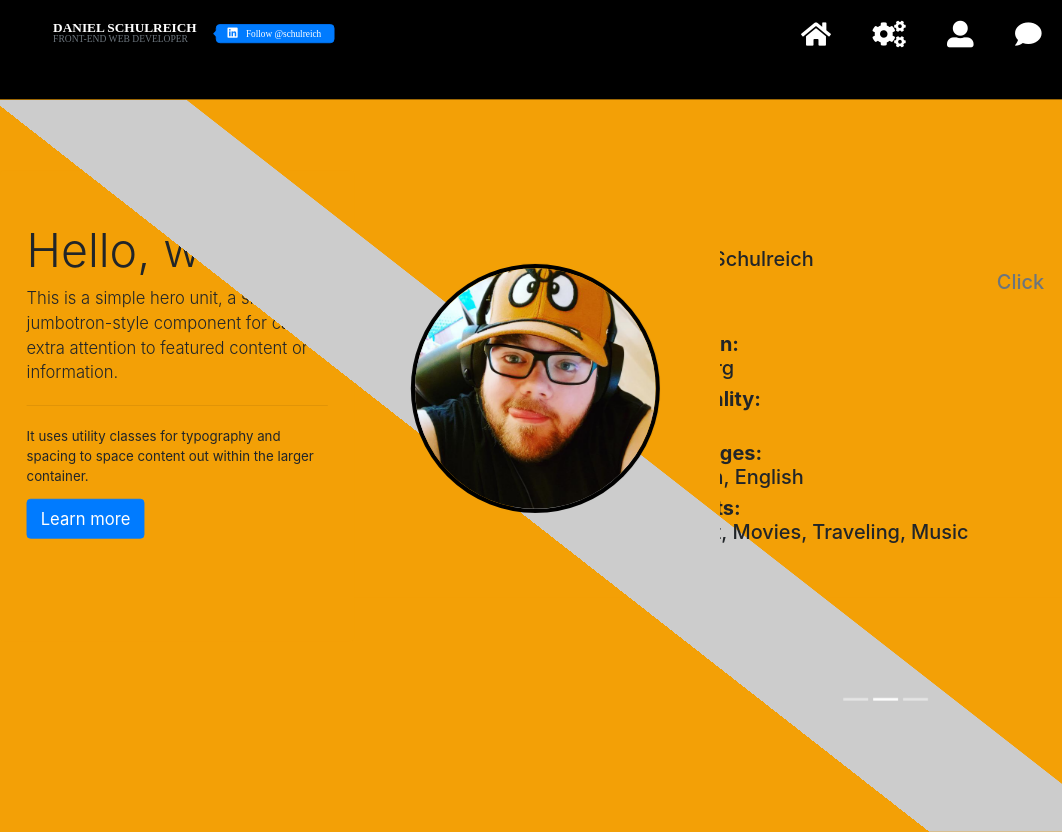
Repository: schulreich/my_portfolio
Page: portfolio.html
An editor plug-in stored every save of this project. The page is shown before and after the next save, followed by the edit.
The browser window is 1280 px wide. The pictures show the whole page, at 83% of full size.
Some web fonts or font styles are not loaded; a fallback is used. Some web libraries are served in a nearby version.

Above is the page before, as saved 2020-06-17 16:16:07.

### portfolio.html
<!DOCTYPE html>
<html lang="en">
<head>
    <meta charset="UTF-8">
    <meta name="viewport" content="width=device-width, initial-scale=1.0">
    <meta http-equiv="X-UA-Compatible" content="ie=edge">
    <link rel="stylesheet" href="https://stackpath.bootstrapcdn.com/bootstrap/4.1.3/css/bootstrap.min.css" integrity="sha384-MCw98/SFnGE8fJT3GXwEOngsV7Zt27NXFoaoApmYm81iuXoPkFOJwJ8ERdknLPMO" crossorigin="anonymous">
    <link rel="stylesheet" href="css/main.css">
    <link rel="stylesheet" href="https://use.fontawesome.com/releases/v5.5.0/css/all.css" integrity="sha384-B4dIYHKNBt8Bc12p+WXckhzcICo0wtJAoU8YZTY5qE0Id1GSseTk6S+L3BlXeVIU" crossorigin="anonymous">

    <title>Document</title>
</head>
<body>
    <header>
        <div class="row">
            <div class="name">DANIEL SCHULREICH</div>
            <div class="title text-muted"><small>FRONT-END WEB DEVELOPER</small></div>
            <a class="btn btn-primary btn-sm follow d-none d-lg-block" href="#"role="button"><i class="fab fa-linkedin "></i><i class="fas fa-arrow-left arrow-left text-primary"></i><small>Follow @schulreich</small></a>

            <div class="nav">
                    <ul>
                        <li class="home"><i class="icon fa fa-home fa-2x nav-icon"></i><a href="index.html">Home</a>
                        </li>
                        <li class="about"><i class="fas fa-cogs fa-2x nav-icon"></i><a href="skills">Skills</a>
                        </li>
                        <li class="code"><i class="fas fa-user-alt fa-2x nav-icon"></i><a href="#about">About</a>
                        </li>
                        <li class="contact"><i class="icon fa fa-comment fa-2x nav-icon"></i><a href="#contact">Contact</a>
                        </li>
                    </ul>
                </div>


        </div>
    </header>

    <section class="project-modal">

    <div class="modal fade bd-example-modal-lg" tabindex="-1" role="dialog" aria-labelledby="myLargeModalLabel" aria-hidden="true">
            <div class="modal-dialog modal-lg">
              <div class="modal-content">
                <div class="modal-header">
                  <h5 class="modal-title" id="exampleModalLabel"><strong>#Speaker Project</strong></h5>
                  <button type="button" class="close" data-dismiss="modal" aria-label="Close">
                    <span aria-hidden="true">&times;</span>
                  </button>
                </div>
                <div class="modal-body modal-align">
                    <img class="modal-img" src="images/thumbnail-1.png" alt="">
                </div>
                <div class="modal-footer">
                  <button type="button" class="btn btn-secondary" data-dismiss="modal">Open Website</button>
                  <button type="button" class="btn btn-primary">Open GitHub</button>
                </div>
              </div>
            </div>
          </div>

          <div class="modal fade bd-cards-example-modal-lg" tabindex="-1" role="dialog" aria-labelledby="myLargeModalLabel" aria-hidden="true">
                <div class="modal-dialog modal-lg">
                  <div class="modal-content">
                    <div class="modal-header">
                      <h5 class="modal-title" id="exampleModalLabel"><strong>#Cards</strong></h5>
                      <button type="button" class="close" data-dismiss="modal" aria-label="Close">
                        <span aria-hidden="true">&times;</span>
                      </button>
                    </div>
                    <div class="modal-body modal-align">
                        <img class="modal-img" src="images/moviefestival.png" alt="">
                    </div>
                    <div class="modal-footer">
                      <button type="button" class="btn btn-secondary" data-dismiss="modal">Open Website</button>
                      <button type="button" class="btn btn-primary">Open GitHub</button>
                    </div>
                  </div>
                </div>
              </div>


              <div class="modal fade bd-grid-example-modal-lg" tabindex="-1" role="dialog" aria-labelledby="myLargeModalLabel" aria-hidden="true">
                    <div class="modal-dialog modal-lg">
                      <div class="modal-content">
                        <div class="modal-header">
                          <h5 class="modal-title" id="exampleModalLabel"><strong>#Grid</strong></h5>
                          <button type="button" class="close" data-dismiss="modal" aria-label="Close">
                            <span aria-hidden="true">&times;</span>
                          </button>
                        </div>
                        <div class="modal-body modal-align">
                            <img class="modal-img" src="images/thumbnail-3.png" alt="">
                        </div>
                        <div class="modal-footer">
                          <button type="button" class="btn btn-secondary" data-dismiss="modal">Open Website</button>
                          <button type="button" class="btn btn-primary">Open GitHub</button>
                        </div>
                      </div>
                    </div>
                  </div>


          <div class="modal fade bd-register-example-modal-lg" tabindex="-1" role="dialog" aria-labelledby="myLargeModalLabel" aria-hidden="true">
                <div class="modal-dialog modal-lg">
                  <div class="modal-content">
                    <div class="modal-header">
                      <h5 class="modal-title" id="exampleModalLabel"><strong>#Register</strong></h5>
                      <button type="button" class="close" data-dismiss="modal" aria-label="Close">
                        <span aria-hidden="true">&times;</span>
                      </button>
                    </div>
                    <div class="modal-body modal-align">
                        <img class="modal-img" src="images/thumbnail-4.png" alt="">
                    </div>
                    <div class="modal-footer">
                      <button type="button" class="btn btn-secondary" data-dismiss="modal">Open Website</button>
                      <button type="button" class="btn btn-primary">Open GitHub</button>
                    </div>
                  </div>
                </div>
              </div>

    </section>

    <section class="skill-modal">

 <div class="modal fade bd-html-example-modal-lg" tabindex="-1" role="dialog" aria-labelledby="myLargeModalLabel" aria-hidden="true">
                <div class="modal-dialog modal-lg">
                  <div class="modal-content">
                    <div class="modal-header">
                      <h5 class="modal-title" id="exampleModalLabel"><strong>#Certificate</strong></h5>
                      <button type="button" class="close" data-dismiss="modal" aria-label="Close">
                        <span aria-hidden="true">&times;</span>
                      </button>
                    </div>
                    <div class="modal-body modal-align">
                        <img class="modal-img" src="images/html-1.pdf" alt="">
                        <img class="modal-img" src="images/html-1.pdf" alt="">
                    </div>
                    <div class="modal-footer">
                      <button type="button" class="btn btn-secondary" data-dismiss="modal">Open Website</button>
                      <button type="button" class="btn btn-primary">Open GitHub</button>
                    </div>
                  </div>
                </div>
              </div>

    </section>

    <section class="container-fluid intro-section">

        <div class="row">
             <div class="intro col-lg-4 col-md-5 jumbotron">
                <h1 class="display-4">Hello, world!</h1>
                     <p class="lead">This is a simple hero unit, a simple jumbotron-style component for calling extra attention to featured content or information.</p>
                <hr class="my-4">
                     <p>It uses utility classes for typography and spacing to space content out within the larger container.</p>
                            <a class="btn btn-primary btn-lg" href="#" role="button">Learn more</a>
          </div>


          <div class="col-lg-4 d-none d-lg-block move">
              <img class="skew" src="https://dummyimage.com/200x753/000/000" alt="">
              <img class="rounded-circle " src="images/test.jpeg" alt="">
          </div>

<aside id="carouselExampleIndicators" class="col-lg-4 personal-information carousel slide" data-ride="carousel">
        <ol class="carousel-indicators">
                <li data-target="#carouselExampleIndicators" data-slide-to="0" class="active"></li>
                <li data-target="#carouselExampleIndicators" data-slide-to="1"></li>
                <li data-target="#carouselExampleIndicators" data-slide-to="2"></li>
              </ol>
    <div class="carousel-inner">
        <div class="carousel-item active">
              <h4><strong>Name:</strong> <br> Daniel Schulreich</h4> <!--add padding-->
              <h4><strong>Age:</strong> <br> 32</h4>
              <h4><strong>Location:</strong> <br> Duisburg</h4>
              <h4><strong>Nationality:</strong> <br> Austria</h4>
              <h4><strong>Languages:</strong> <br> German, English</h4>
              <h4><strong>Interests:</strong> <br> E-Sport, Movies, Traveling, Music</h4>
        </div>

        <div class="carousel-item">
            <aside class="skills text-center">
                <h1><strong>My Skills</strong></h1>
                <h4 class="text-muted">Click on Icons for more Details</h4>
                <div class="y">
                <button class="skill-button"><i class="fab fa-html5 fa-4x" data-toggle="modal" data-target=".bd-html-example-modal-lg"></i></button>  <br>
                <button class="skill-button"><i class="fab fa-css3-alt fa-4x"></i></button>  <br>
                <button><i class="fab fa-sass fa-5x"></i></button>      <br>
                <button><i class="fab fa-react fa-6x"></i></button>  <br>
                <button><i class="fab fa-js-square fa-6x"></i></button>  <br>
            </div>
            </aside>
        </div>

        <div class="carousel-item">
            <aside class="projects">
                <h1>Projects</h1>
                <h4 class="text-muted">Select Thumbnail</h4>

                <img src="images/boardgame.png" class="img-thumbnail thumbnail" data-toggle="modal" data-target=".bd-example-modal-lg" alt="...">
                <img src="images/moviefestival.png" class="img-thumbnail thumbnail" data-toggle="modal" data-target=".bd-cards-example-modal-lg" alt="..."> <br>
                <img src="images/restaurantreview.png" class="img-thumbnail thumbnail" data-toggle="modal" data-target=".bd-grid-example-modal-lg" alt="...">
                <img src="images/thumbnail-4.png" class="img-thumbnail thumbnail" data-toggle="modal" data-target=".bd-register-example-modal-lg" alt="...">
            </aside>
        </div>
    </div>
</aside>

    </div>

    </section>









    <script src="https://code.jquery.com/jquery-3.3.1.slim.min.js" integrity="sha384-q8i/X+965DzO0rT7abK41JStQIAqVgRVzpbzo5smXKp4YfRvH+8abtTE1Pi6jizo" crossorigin="anonymous"></script>
<script src="https://cdnjs.cloudflare.com/ajax/libs/popper.js/1.14.3/umd/popper.min.js" integrity="sha384-ZMP7rVo3mIykV+2+9J3UJ46jBk0WLaUAdn689aCwoqbBJiSnjAK/l8WvCWPIPm49" crossorigin="anonymous"></script>
<script src="https://stackpath.bootstrapcdn.com/bootstrap/4.1.3/js/bootstrap.min.js" integrity="sha384-ChfqqxuZUCnJSK3+MXmPNIyE6ZbWh2IMqE241rYiqJxyMiZ6OW/JmZQ5stwEULTy" crossorigin="anonymous"></script>
</body>
</html>

### css/main.css
@import url("https://fonts.googleapis.com/css?family=Coda");
@keyframes mymove {
  0% {
    left: 16%;
  }
  100% {
    left: 25%;
  }
}
@keyframes myskew {
  0% {
    transform: skew(52deg);
  }
  100% {
    transform: skew(0deg);
  }
}
@keyframes myfade {
  0% {
    opacity: 0;
  }
  25% {
    opacity: 0;
  }
  50% {
    opacity: 0.6;
  }
  75% {
    opacity: 0.8;
  }
  100% {
    opacity: 1;
  }
}
body {
  background-color: #f3a006;
}

header {
  background-color: black;
  height: 120px;
  font-family: "Coda";
}
header .name {
  position: absolute;
  left: 5%;
  top: 3%;
  color: white;
  font-weight: bolder;
}
header .title {
  position: absolute;
  top: 5%;
  left: 5%;
  color: white;
  font-size: 0.9em;
}
header .follow {
  position: absolute;
  left: 260px;
  top: 4%;
  border-radius: 5px;
  padding-top: 0;
  padding-bottom: 0;
  padding-right: 15px;
  padding-left: 3px;
}
header .arrow-left {
  position: absolute;
  left: -10%;
  top: 18%;
}
header .nav-icon {
  color: white;
}
header i {
  padding: 0 10px;
}
header ul {
  list-style-type: none;
}
header .nav ul {
  margin: 0;
  padding: 0;
  position: absolute;
  top: 10px;
  right: 0;
  font-size: 0px;
}
header .nav ul li {
  font-size: 12pt;
  display: inline-block;
  padding: 15px;
  transition: all 0.2s ease-in-out;
}
header .nav ul li a {
  font-family: FontAwesome;
  color: lime;
  font-size: 22pt;
  text-decoration: none;
}
header .nav ul .home .about .code .contact {
  background: black;
}
header .nav ul li i {
  display: block;
}
header .nav ul li a {
  display: none;
}
header .nav ul li:hover i {
  display: none;
}
header .nav ul li:hover a {
  display: block;
}
header .nav a:hover {
  color: lime;
}

.modal-img {
  width: 600px;
}

.modal-align {
  padding-left: 6rem;
}

.modal-header {
  background-color: #f3a006;
}

.modal-body {
  background-color: black;
}

.intro-section {
  background-color: #f3a006;
  /*}
  .rounded-circle:hover{
      left: 25%;
      transition: 2s left;
  }*/
}
.intro-section .intro {
  background-color: #f3a006;
  top: 85px;
}
.intro-section .skew {
  transform: skew(52deg);
  position: absolute;
  height: 147%;
  left: 30%;
  animation: myskew 2s 1 ease;
  animation-fill-mode: forwards;
}
.intro-section .rounded-circle {
  position: absolute;
  border: solid 5px black;
  height: 300px;
  width: 300px;
  left: 16%;
  top: 33%;
  animation: mymove 2s 1 ease;
  animation-fill-mode: forwards;
}
.intro-section .personal-information {
  position: relative;
  top: 150px;
  animation: myfade 5s 1 ease;
  transition-delay: 3s;
}
.intro-section .carousel-inner {
  height: 600px;
}
.intro-section .skill-button {
  width: 115px;
}
.intro-section .fa-html5 {
  color: blue;
}
.intro-section .fa-css3-alt {
  color: pink;
}
.intro-section .fa-sass {
  color: violet;
}
.intro-section .fa-react {
  color: skyblue;
  width: 100px;
}
.intro-section .fa-js-square {
  color: yellow;
  width: 100px;
}
.intro-section .thumbnail {
  width: 200px;
  height: 200px;
}

After the next save:
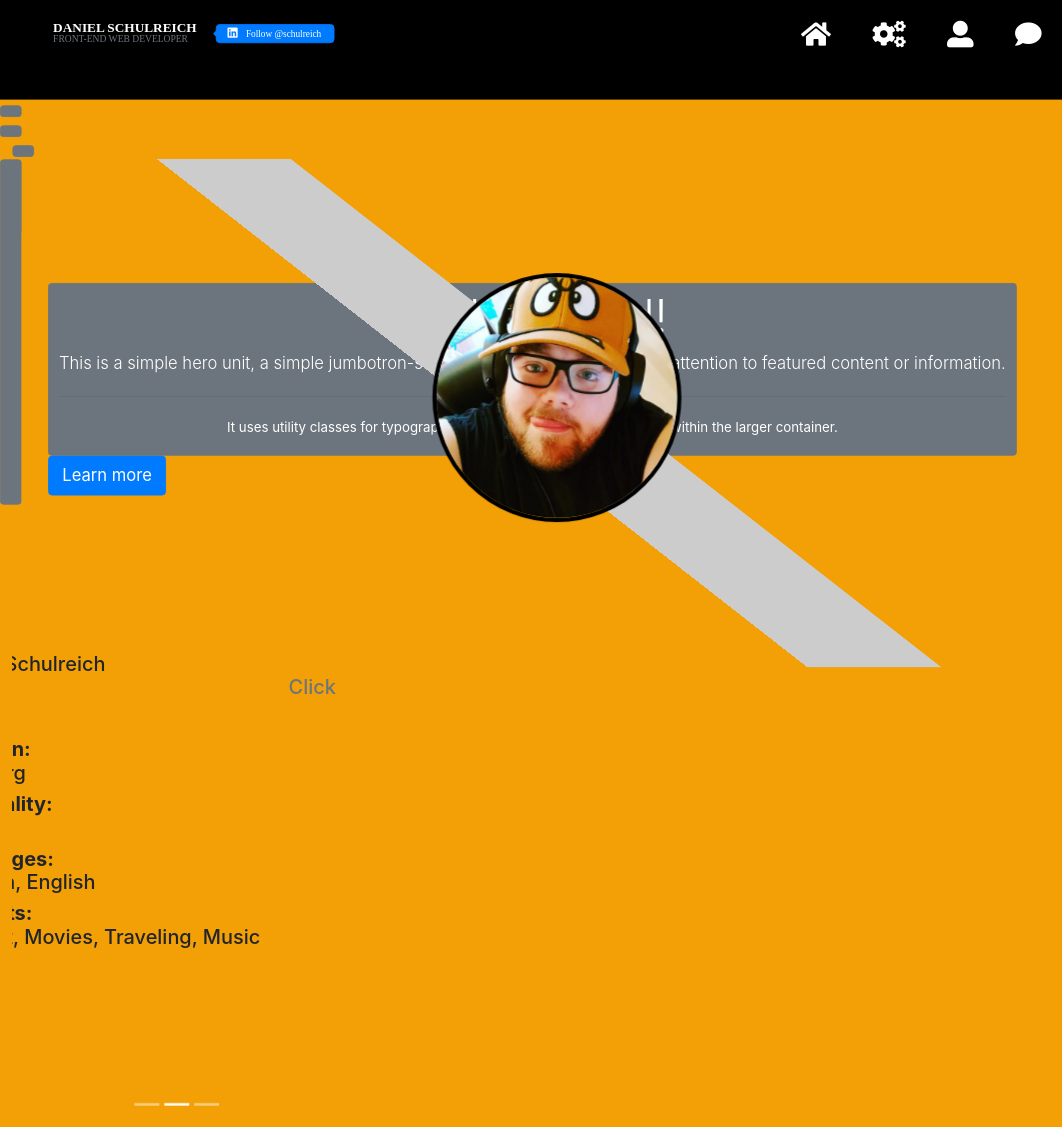
Saved 2 min 45 s later.
--- a/portfolio.html
+++ b/portfolio.html
@@ -69,7 +69,7 @@
                         <img class="modal-img" src="images/moviefestival.png" alt="">
                     </div>
                     <div class="modal-footer">
-                      <button type="button" class="btn btn-secondary" data-dismiss="modal">Open Website</button>
+                      <a href="https://schulreich.github.io/project-movie-festival/" button type="button" class="btn btn-secondary" data-dismiss="modal">Open Website</button>
                       <button type="button" class="btn btn-primary">Open GitHub</button>
                     </div>
                   </div>

After the save that followed:
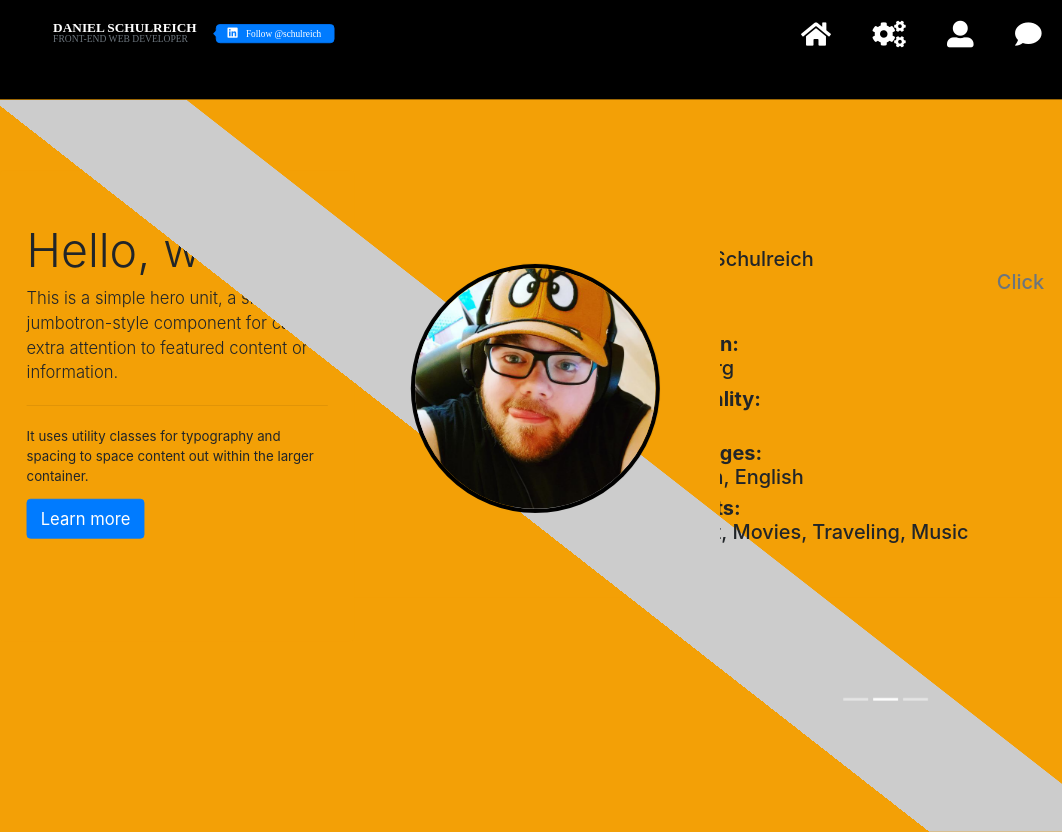
Saved 17 s later.
--- a/portfolio.html
+++ b/portfolio.html
@@ -69,7 +69,7 @@
                         <img class="modal-img" src="images/moviefestival.png" alt="">
                     </div>
                     <div class="modal-footer">
-                      <a href="https://schulreich.github.io/project-movie-festival/" button type="button" class="btn btn-secondary" data-dismiss="modal">Open Website</button>
+                      <button type="button" class="btn btn-secondary" data-dismiss="modal">Open Website</button>
                       <button type="button" class="btn btn-primary">Open GitHub</button>
                     </div>
                   </div>
